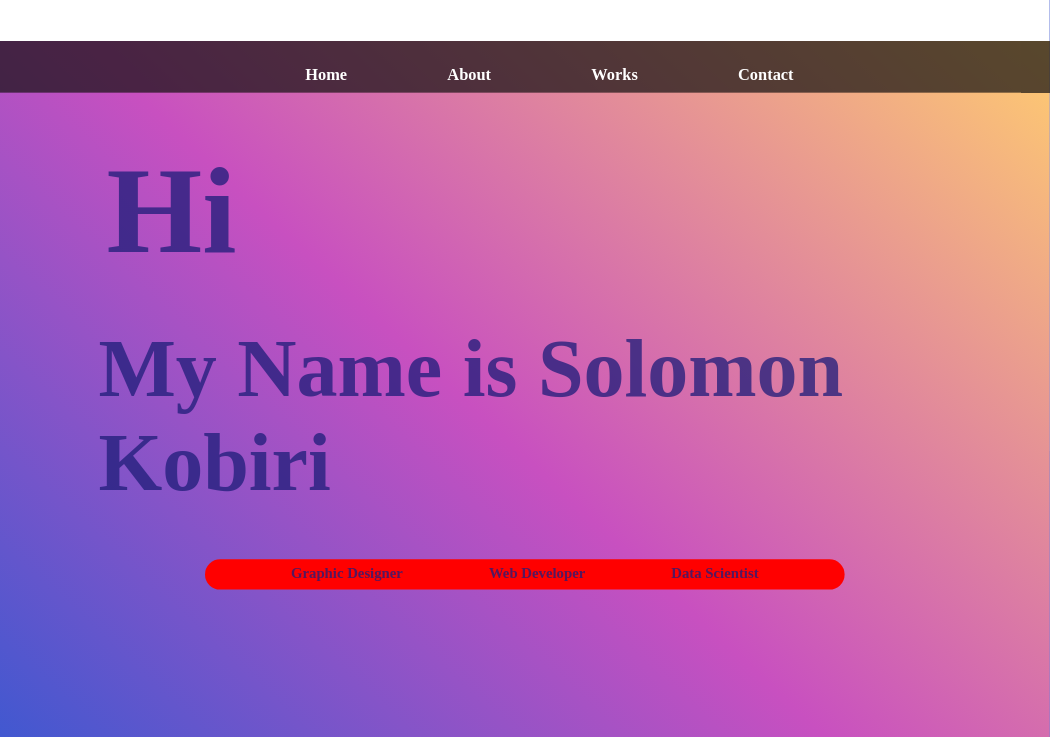
Repository: Kwabena-Kobiri/yellocoders
Page: index.html
These files come from the project's save history. The page is drawn as it stood at one moment and after the next save; the edit follows.
The browser window is 1280 px wide. The pictures show the whole page, at 82% of full size.

Above is the page before, as saved 2021-05-13 00:07:19.

### index.html
<!DOCTYPE html>
<html lang="en">
<head>
    <meta charset="UTF-8">
    <meta http-equiv="X-UA-Compatible" content="IE=edge">
    <meta name="viewport" content="width=device-width, initial-scale=1.0">
    <link rel="stylesheet" href="index.css" />
    <title>Y'ello</title>
</head>
<body>
    <!-- HEADER COMPONENT STARTS HERE -->
    <header id="header">
        <nav id="nav">
            <ul>
                <li>Home</li>
                <li>About</li>
                <li>Works</li>
                <li>Contact</li>
            </ul>
        </nav>
    </header>
    <!-- HEADER COMPONENT ENDS HERE -->


    <!-- LANDING PAGE STARTS HERE  -->
    <section id="LandingPage">
        <div class="Details">
            <h1>Hi</h1>
            <h3>My Name is Solomon Kobiri</h3>
        </div>
        <div class="Skills">
            <h5>Graphic Designer</h5>
            <h5>Web Developer</h5>
            <h5>Data Scientist</h5>
        </div>
    </section>
    <!-- LANDING PAGE ENDS HERE -->

    <!--ABOUT PAGE STARTS HERE-->
    <section id="About">
        <div class="ImageDiv">
            <img src="Images/profile.jpg" alt="Profile Picture"/>
        </div>
        <div class="Description">
            <h3>ABOUT ME</h3>
            <p>
                Lorem ipsum dolor sit amet, consectetur adipiscing elit. Vestibulum rhoncus faucibus nisi non tempor. Donec eu lobortis felis, id imperdiet massa. Ut vel tortor et mauris tempor mattis. Aliquam eu augue eget elit fringilla vulputate. Cras fringilla ac est vel efficitur. Integer porta feugiat nibh non gravida. Nam eget metus convallis, dignissim risus ac, porta massa. Etiam neque nulla, semper ut eros nec, sodales eleifend arcu.

                Morbi suscipit mauris in ultrices feugiat. Quisque sed eros tempor, elementum tortor vitae, imperdiet dolor. Donec ac neque vitae diam dignissim vehicula id sed nulla. Etiam non ex eu tortor accumsan ornare eu lobortis lectus. Pellentesque eros arcu, tincidunt non neque eget, vulputate porta dolor. In hac habitasse platea dictumst. Nunc consectetur ex eget imperdiet sollicitudin. Nunc nunc ligula, iaculis id diam vel, scelerisque malesuada metus.

                Nulla lacinia iaculis mauris, eget porta urna dictum ut. Donec vitae mattis nunc. Sed vel nisi id dolor laoreet consectetur. Mauris ut turpis mi. Proin massa sapien, interdum at elementum sed, eleifend at ipsum. In arcu ipsum, fermentum ac felis sit amet, consectetur pretium tellus. Pellentesque vestibulum augue ut quam pulvinar vestibulum. Fusce turpis sapien, facilisis sit amet sapien ut, luctus volutpat sapien.
            </p>
        </div>
    </section>
    <!--ABOUT PAGE ENDS HERE-->

    <!-- MY WORKS PAGE STARTS HERE -->
    <!-- <section id="Works">
        <h3>CHECK OUT MY WORKS</h3>
        <div class="work_box">
            <img src="Images/work1.jpg" alt="First Project"/>
            <p>
                Lorem ipsum dolor sit amet, consectetur adipiscing elit. Vestibulum rhoncus faucibus nisi non tempor. Donec eu lobortis felis, id imperdiet massa. Ut vel tortor et mauris tempor mattis. Aliquam eu augue eget elit fringilla vulputate. Cras fringilla ac est vel efficitur. Integer porta feugiat nibh non gravida. Nam eget metus convallis, dignissim risus ac, porta massa. Etiam neque nulla, semper ut eros nec, sodales eleifend arcu.

                Morbi suscipit mauris in ultrices feugiat. Quisque sed eros tempor, elementum tortor vitae, imperdiet dolor. Donec ac neque vitae diam dignissim vehicula id sed nulla. Etiam non ex eu tortor accumsan ornare eu lobortis lectus. Pellentesque eros arcu, tincidunt non neque eget, vulputate porta dolor. In hac habitasse platea dictumst. Nunc consectetur ex eget imperdiet sollicitudin. Nunc nunc ligula, iaculis id diam vel, scelerisque malesuada metus.
            </p>
        </div>
        <div class="work_box">
            <p>
                Lorem ipsum dolor sit amet, consectetur adipiscing elit. Vestibulum rhoncus faucibus nisi non tempor. Donec eu lobortis felis, id imperdiet massa. Ut vel tortor et mauris tempor mattis. Aliquam eu augue eget elit fringilla vulputate. Cras fringilla ac est vel efficitur. Integer porta feugiat nibh non gravida. Nam eget metus convallis, dignissim risus ac, porta massa. Etiam neque nulla, semper ut eros nec, sodales eleifend arcu.

                Morbi suscipit mauris in ultrices feugiat. Quisque sed eros tempor, elementum tortor vitae, imperdiet dolor. Donec ac neque vitae diam dignissim vehicula id sed nulla. Etiam non ex eu tortor accumsan ornare eu lobortis lectus. Pellentesque eros arcu, tincidunt non neque eget, vulputate porta dolor. In hac habitasse platea dictumst. Nunc consectetur ex eget imperdiet sollicitudin. Nunc nunc ligula, iaculis id diam vel, scelerisque malesuada metus.
            </p>
            <img src="Images/work2.jfif" alt="First Project"/>
        </div>
        <div class="work_box">
            <img src="Images/work3.webp" alt="First Project"/>
            <p>
                Lorem ipsum dolor sit amet, consectetur adipiscing elit. Vestibulum rhoncus faucibus nisi non tempor. Donec eu lobortis felis, id imperdiet massa. Ut vel tortor et mauris tempor mattis. Aliquam eu augue eget elit fringilla vulputate. Cras fringilla ac est vel efficitur. Integer porta feugiat nibh non gravida. Nam eget metus convallis, dignissim risus ac, porta massa. Etiam neque nulla, semper ut eros nec, sodales eleifend arcu.

                Morbi suscipit mauris in ultrices feugiat. Quisque sed eros tempor, elementum tortor vitae, imperdiet dolor. Donec ac neque vitae diam dignissim vehicula id sed nulla. Etiam non ex eu tortor accumsan ornare eu lobortis lectus. Pellentesque eros arcu, tincidunt non neque eget, vulputate porta dolor. In hac habitasse platea dictumst. Nunc consectetur ex eget imperdiet sollicitudin. Nunc nunc ligula, iaculis id diam vel, scelerisque malesuada metus.
            </p>
        </div>
        <div class="work_box">
            <p>
                Lorem ipsum dolor sit amet, consectetur adipiscing elit. Vestibulum rhoncus faucibus nisi non tempor. Donec eu lobortis felis, id imperdiet massa. Ut vel tortor et mauris tempor mattis. Aliquam eu augue eget elit fringilla vulputate. Cras fringilla ac est vel efficitur. Integer porta feugiat nibh non gravida. Nam eget metus convallis, dignissim risus ac, porta massa. Etiam neque nulla, semper ut eros nec, sodales eleifend arcu.

                Morbi suscipit mauris in ultrices feugiat. Quisque sed eros tempor, elementum tortor vitae, imperdiet dolor. Donec ac neque vitae diam dignissim vehicula id sed nulla. Etiam non ex eu tortor accumsan ornare eu lobortis lectus. Pellentesque eros arcu, tincidunt non neque eget, vulputate porta dolor. In hac habitasse platea dictumst. Nunc consectetur ex eget imperdiet sollicitudin.
            </p>
            <img src="Images/work4.png" alt="First Project"/>
        </div>
    </section> -->

    <!-- MY WORKS PAGE ENDS HERE -->

    <!-- CONTACT PAGE STARTS HERE -->
    <!-- <section id="Contact">
        <form id="Form">
            <h3>Contact Me</h3>
            <input type="text" placeholder="Name">
            <input type="email" placeholder="Email">
            <textarea rows="4" cols="50" placeholder="Message"></textarea>
            <input type="submit" text="Submit" class="submit">
        </form>
    </section> -->

    <!-- CONTACT PAGE ENDS HERE -->

    <!-- FOOTER STARTS HERE -->
    <!-- <footer id="footer">
        <h3>Connect With Me</h3>
        <div class="Icons">
            <a href="#"><img src="Images/Instagram.jpg" alt="Instagram"></a>
            <a href="#"><img src="Images/Facebook.png" alt="Facebook"></a>
            <a href="#"><img src="Images/WhatsApp.svg.png" alt="Whatsapp"></a>
            <a href="https://www.linkedin.com/in/solomon-kobiri"><img src="Images/LinkedIn.png" alt="LinkedIn"></a>
            <a href="#"><img src="Images/GitHub.svg" alt="GitHub"></a>
        </div>
        <h4>Made with ❤ by Solomon Kobiri</h4>
        <h5>Copyright &copy; 2021</h5>
    </footer> -->

    <!-- FOOTER ENDS HERE -->
</body>
</html>

### index.css
* {
    /* background-color: red; */
    margin: 0px;
}

/* body { */
    /* display: flex;           Used flexbox on the whole page */
    /* flex-direction: column; */
    /* position: relative; */
/* }  */

/* HEADER STYLING STARTS HERE */
#header {
    background-color: rgba(19, 17, 17, 0.7);
    justify-content: center;
    padding: 10px;
    width: 100%;
    position: fixed;
    z-index: 999;
    color: white;
}

#nav {
    margin: 20px 200px 0px 200px;
    /* background-color: blue; */
}

#nav > ul {
    display: flex;
    flex-direction: row;
    justify-content: space-evenly;
    list-style: none;
}

#nav > ul > li {
    text-decoration: none;
    font-size: 20px;
    font-weight: 550;
}

/* HEADER STYLING ENDS HERE */


/* LANDING PAGE STYLING STARTS HERE */
#LandingPage {
    position: absolute;
    width: 100%;
    z-index: 0;
    color: rgba(32, 30, 122, 0.767);
    background-color: #4158D0;
    background-image: linear-gradient(43deg, #4158D0 0%, #C850C0 46%, #FFCC70 100%);
    /* background-color: red; */
}

.Details {
    margin-top: 100px;
    margin-left: 100px;
    /* background-color: aqua;  */
}

.Details > h1 {
    margin: 50px 0px 20px 10px;
    font-size: 150px;
    padding: 20px;
}

.Details > h3 {
    margin-left: 10px;
    font-size: 100px;
    padding: 10px;
    justify-content: center;
}

.Skills {
    background-color: red;
    margin: 50px 250px 180px 250px;
    display: flex;
    flex-direction: row;
    justify-content: space-evenly;
    height: 30px;
    padding-top: 7px;
    border-radius: 20px;
}

.Skills > h5 {
    font-size: large;
    font-weight: bolder;
}

/* LANDING PAGE STYLING ENDS HERE */


/*STYLING FOR ABOUT ME PAGE STARTS HERE*/

#About {
    /* position: absolute; */
    height: 200px;
    display: flex;
    flex-direction: row;
    height: 500px;
    margin: 50px 0px 50px 0px;
    background: rgb(255, 255, 255);
}






















/* .ImageDiv {
    flex: 2;
    position: relative;
    padding: 80px 10px 0px 10px;
} */

/* .ImageDiv > img {
    border-radius: 40%;
} */

/* .Description {
    padding: 20px;
    flex: 3;
    display: flex;
    flex-direction: column;
} */

/* .Description > h3 {
    text-align: center;
    margin-top: 10px;
    font-size: 50px;
    color: rgba(32, 30, 122, 0.767);
    border-bottom: 2px solid black;
} */

/* .Description > p {
    color: rgba(32, 30, 122, 0.9);
    font-size: 22px;
    margin-top: 10px;
    padding: 5px;
} */
/*STYLING FOR ABOUT ME PAGE ENDS HERE*/



















/* STYLING FOR MY WORKS PAGE STARTS HERE */
/* #Works {
    margin: 100px 0px 0px 0px;
    width: cover;
    padding: 40px;
    background-color: #80D0C7;
} */

/* #Works > h3 {
    text-align: center;
    font-size: xx-large;
    color: rgba(32, 30, 122, 0.9);
} */

/* .work_box {
    width: 70%;
    height: 200px;
    display: flex;
    flex: 1;
    padding: 10px;
    margin-left: 180px;
} */

/* .work_box > img {
    flex: 2;
    padding: 10px;
    margin: 0px 10px 0px 10px;
    background-color: rgb(228, 227, 227);
    box-shadow: 12px 12px 2px 1px rgba(0, 0, 255, .2);
} */

/* .work_box > p {
    flex: 4;
    padding: 10px;
    background-color:aliceblue;
} */

/* STYLING FOR MY WORKS PAGE ENDS HERE */


/* STYLING FOR CONTACTS PAGE STARTS HERE */
/* #Contact {
    height: 500px;
    width: cover;
    background-image: url('Images/background.jpg');
    background-size: cover;
    background-attachment: fixed;
} */

/* form {
    background-color: rgba(151, 54, 54, 0.7);
    height: 70%;
    width: 50%;
    align-self: center;
    margin: auto;
    margin-top: 5%;
    position: relative;
    display: flex;
    flex-direction: column;
    padding: 20px;
} */

/* form > h3 {
    text-align: center;
    margin: 10px;
    padding: 5px;
    font-size: xx-large;
    color: white;
} */

/* form > input {
    width: 70%;
    height: 30px;
    margin: 10px;
    padding: 5px;
    position: relative;
    margin-left: 100px;
} */

/* textarea {
    width: 70%;
    margin: 10px;
    margin-left: 100px;
} */

/* .submit {
    width: 100px;
    margin-top: 30px;
    background-color: rgb(177, 49, 134);
    color: white;
    font-weight: bold;
} */

/* STYLING FOR CONTACTS PAGE ENDS HERE */


/* STYLING FOR FOOTER STARTS HERE */
/* #footer {
    background-color: white;
    height: 300px;
    width: cover;
} */

/* .Icons {
    display: flex;
    flex-direction: row;
    align-self: center;
    width: 40%;
    margin: 30px 0px 70px 500px;
} */

/* .Icons > a {
    width: 25%;
    height: 25%;
} */

/* .Icons > a > img {
    width: 40%;
    height: 40%;
    padding: 5px;
    margin: 0px;
} */

/* footer > h3 {
    text-align: center;
    font-size: xx-large;
    color: rgba(32, 30, 122, 0.9);
    margin: 20px;
} */

/* footer > h4,h5 {
    color: rgba(32, 30, 122, 0.9);
    text-align: center;
} */

/* STYLING FOR FOOTER ENDS HERE */

After the next save:
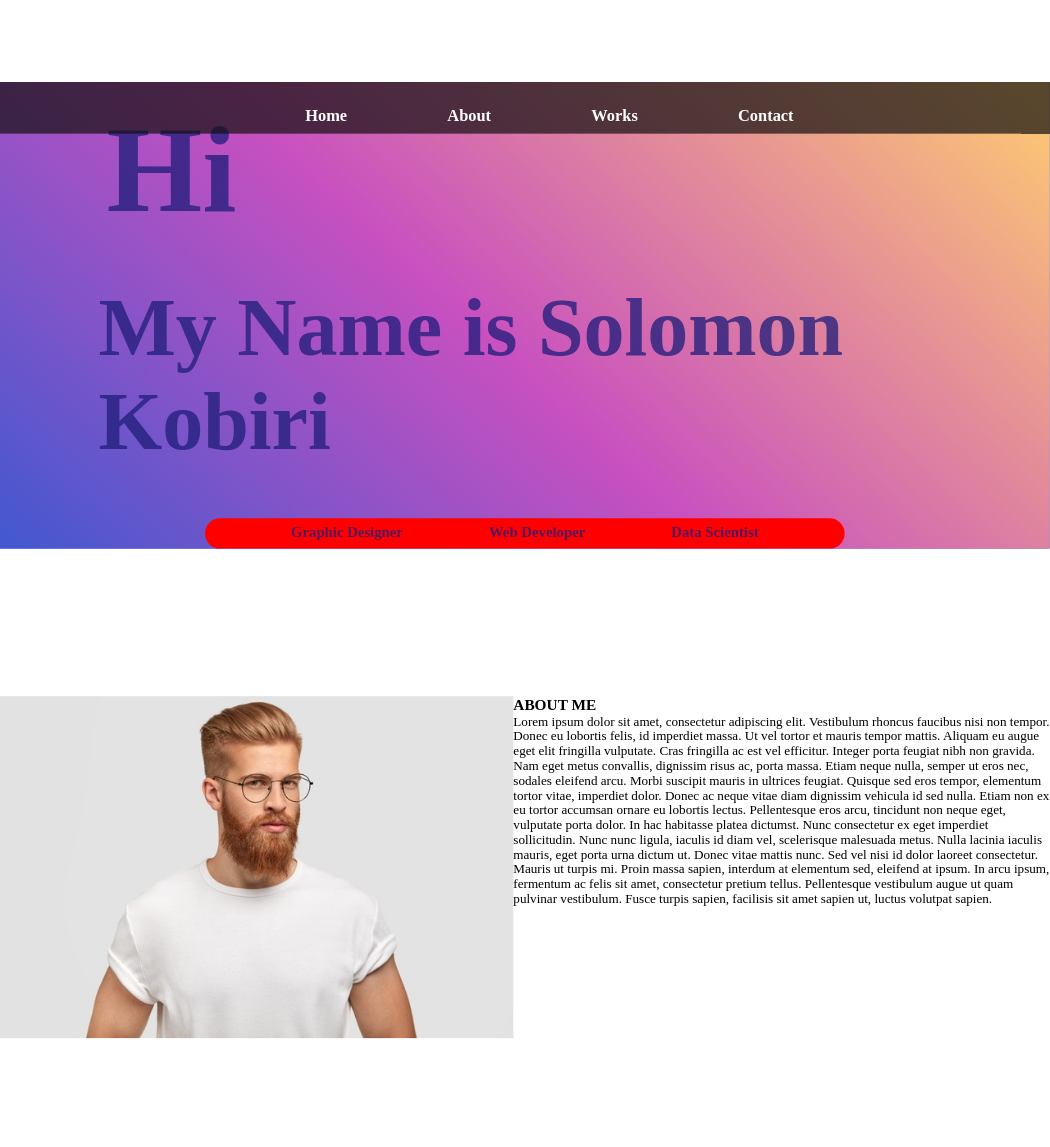
Saved 73 s later.
--- a/index.css
+++ b/index.css
@@ -43,7 +43,7 @@
 
 /* LANDING PAGE STYLING STARTS HERE */
 #LandingPage {
-    position: absolute;
+    position: relative;
     width: 100%;
     z-index: 0;
     color: rgba(32, 30, 122, 0.767);
